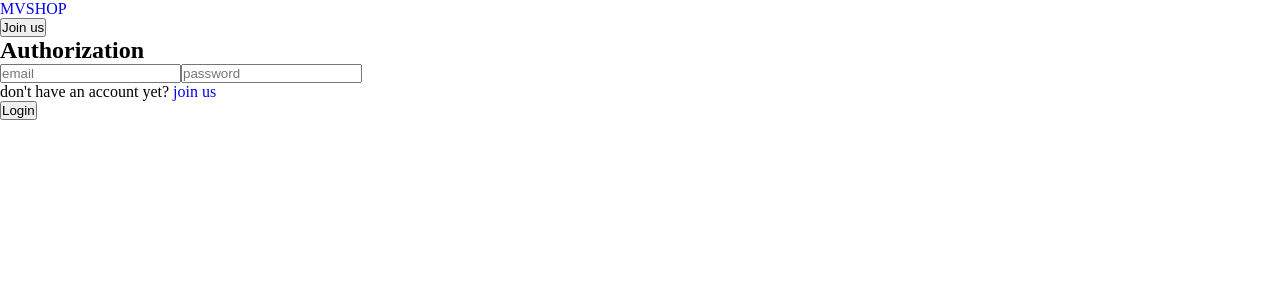
Repository: Mirsmog/VIP-SHOP
Page: /login (app in client/)
These files come from the project's save history. The page is drawn as it stood at one moment and after the next save; the edit follows.
The browser window is 1280 px wide. The pictures show the whole page.
The project was rebuilt for these pictures with package versions that can differ from the ones it lists, and the page was loaded fresh each time. Also part of the build but not shown: client/vite.config.js, client/src/pages/Admin.tsx, client/src/pages/DevicePage.tsx, client/src/pages/Shop.jsx, client/src/pages/Basket.jsx.

Above is the page before, as saved 2023-11-02 19:38:55.

### client/src/main.jsx
import React from 'react';
import ReactDOM from 'react-dom/client';
import App from './App.jsx';
import userStore from './store/userStore.js';
import deviceStore from './store/deviceStore.js';
export const Context = React.createContext(null);

ReactDOM.createRoot(document.getElementById('root')).render(
  <React.StrictMode>
    <Context.Provider
      value={{
        user: new userStore(),
        device: new deviceStore(),
      }}
    >
      <App />
    </Context.Provider>
  </React.StrictMode>
);

### client/src/App.jsx
import { BrowserRouter } from 'react-router-dom';
import './App.css';
import AppRouter from './components/AppRouter';
import NavBar from './components/NavBar';

function App() {
  const isAuth = false;
  return (
    <BrowserRouter>
      <NavBar />
      <AppRouter />
    </BrowserRouter>
  );
}

export default App;

### client/src/store/userStore.js
import { makeAutoObservable } from 'mobx';
export default class userStore {
  constructor() {
    this._isAuth = false;
    this._user = {};
    makeAutoObservable(this);
  }
  setIsAuth(bool) {
    this._isAuth = bool;
  }
  setUser(user) {
    this._user = user;
  }
  get isAuth() {
    return this._isAuth;
  }
  get user() {
    return this._user;
  }
}

### client/src/store/deviceStore.js
import { makeAutoObservable } from 'mobx';
export default class deviceStore {
  constructor() {
    this._types = [
      { id: 1, name: 'phones' },
      { id: 2, name: 'laptops' },
    ];
    this._brands = [
      { id: 1, name: 'xiaomi' },
      { id: 2, name: 'lenovo' },
    ];
    this._devices = [
      {
        id: 1,
        name: 'iphone 12 max pro',
        price: 98000,
        rating: 5,
        img: 'https://www.tradeinn.com/f/13782/137821846/apple-iphone-12-pro-max-6gb-128gb-67-%D0%B4%D1%8E%D0%B9%D0%BC%D0%B0.jpg',
      },
      {
        id: 2,
        name: 'iphone 12 max pro',
        price: 98000,
        rating: 5,
        img: 'https://www.tradeinn.com/f/13782/137821846/apple-iphone-12-pro-max-6gb-128gb-67-%D0%B4%D1%8E%D0%B9%D0%BC%D0%B0.jpg',
      },
      {
        id: 3,
        name: 'iphone 12 max pro',
        price: 98000,
        rating: 5,
        img: 'https://www.tradeinn.com/f/13782/137821846/apple-iphone-12-pro-max-6gb-128gb-67-%D0%B4%D1%8E%D0%B9%D0%BC%D0%B0.jpg',
      },
      {
        id: 4,
        name: 'iphone 12 max pro',
        price: 98000,
        rating: 5,
        img: 'https://www.tradeinn.com/f/13782/137821846/apple-iphone-12-pro-max-6gb-128gb-67-%D0%B4%D1%8E%D0%B9%D0%BC%D0%B0.jpg',
      },
    ];
    makeAutoObservable(this);
  }
  setTypes(types) {
    this._types = types;
  }
  setBrands(brands) {
    this._brands = brands;
  }
  setDevices(devices) {
    this._devices = devices;
  }

  get types() {
    return this._types;
  }
  get brands() {
    return this._brands;
  }
  get devices() {
    return this._devices;
  }
}

### client/src/App.css
* {
  margin: 0;
  padding: 0;
}



a{
  text-decoration: none;
}

### client/src/components/AppRouter.jsx
import React from 'react';
import { Route, Routes, redirect } from 'react-router-dom';
import { authRoutes, publicRoutes } from '../routes';
import { Context } from '../main';

function AppRouter() {
  const { user } = React.useContext(Context);
  return (
    <Routes>
      {user.isAuth &&
        authRoutes.map(({ path, Component }) => (
          <Route key={path} path={path} element={Component}></Route>
        ))}
      {publicRoutes.map(({ path, Component }) => (
        <Route key={path} path={path} element={<Component />}></Route>
      ))}
    </Routes>
  );
}

export default AppRouter;

### client/src/components/NavBar.jsx
import React from 'react';
import Container from 'react-bootstrap/Container';
import Nav from 'react-bootstrap/Nav';
import Navbar from 'react-bootstrap/Navbar';
import Button from 'react-bootstrap/Button';
import { NavLink } from 'react-router-dom';
import { SHOP_ROUTE } from '../utils/consts';
import { observer } from 'mobx-react-lite'; // Or "mobx-react".
import { Context } from '../main';

const NavBar = observer(() => {
  const { user } = React.useContext(Context);
  return (
    <Navbar bg='dark' data-bs-theme='dark' variant='dark'>
      <Container>
        <NavLink
          className='text-success text-2xl h3 font-weight-bold '
          to={SHOP_ROUTE}
        >
          MVSHOP
        </NavLink>
        {user.isAuth ? (
          <Nav className=' ml-auto gap-2'>
            <Button variant={'outline-light'}>Moderate</Button>
            <Button variant={'outline-light'}>Log in</Button>
          </Nav>
        ) : (
          <Nav className=' ml-auto'>
            <Button variant={'outline-light'}>Join us</Button>
          </Nav>
        )}
      </Container>
    </Navbar>
  );
});

export default NavBar;

### client/src/routes.js
import Admin from './pages/Admin';
import Auth from './pages/Auth';
import DevicePage from './pages/DevicePage';
import Shop from './pages/Shop';
import Basket from './pages/Basket';
import {
  ADMIN_ROUTE,
  BASKET_ROUTE,
  DEVICE_ROUTE,
  LOGIN_ROUTE,
  REGISTRATION_ROUTE,
  SHOP_ROUTE,
} from './utils/consts';

export const authRoutes = [
  {
    path: ADMIN_ROUTE,
    Component: Admin,
  },
  {
    path: BASKET_ROUTE,
    Component: Basket,
  },
];

export const publicRoutes = [
  {
    path: SHOP_ROUTE,
    Component: Shop,
  },
  {
    path: LOGIN_ROUTE,
    Component: Auth,
  },
  {
    path: REGISTRATION_ROUTE,
    Component: Auth,
  },
  {
    path: DEVICE_ROUTE + '/:id',
    Component: DevicePage,
  },
];

### client/src/utils/consts.js
export const ADMIN_ROUTE = '/admin';
export const LOGIN_ROUTE = '/login';
export const REGISTRATION_ROUTE = '/registration';
export const SHOP_ROUTE = '/';
export const BASKET_ROUTE = '/basket';
export const DEVICE_ROUTE = '/device';

### client/src/pages/Auth.jsx
import React from 'react';
import Container from 'react-bootstrap/esm/Container';
import Form from 'react-bootstrap/esm/Form';
import Card from 'react-bootstrap/esm/Card';
import Row from 'react-bootstrap/esm/Row';
import Button from 'react-bootstrap/esm/Button';
import { NavLink } from 'react-router-dom';
import { REGISTRATION_ROUTE } from '../utils/consts';

function Auth() {
  return (
    <Container
      className='d-flex justify-content-center align-items-center'
      style={{ height: window.innerHeight - 57 }}
    >
      <Card style={{ width: 600 }} className='p-5'>
        <h2 className='m-auto'>Authorization</h2>
        <Form className='d-flex flex-column'>
          <Form.Control className='mt-3' placeholder='email' />
          <Form.Control className='mt-3' placeholder='password' />
          <Row className='d-flex justify-content-between mt-3'>
            <div>
              don't have an account yet?{' '}
              <NavLink to={REGISTRATION_ROUTE}>join us</NavLink>
            </div>
            <Button variant={'outline-success'}>
              Login
            </Button>
          </Row>
        </Form>
      </Card>
    </Container>
  );
}

export default Auth;

After the next save:
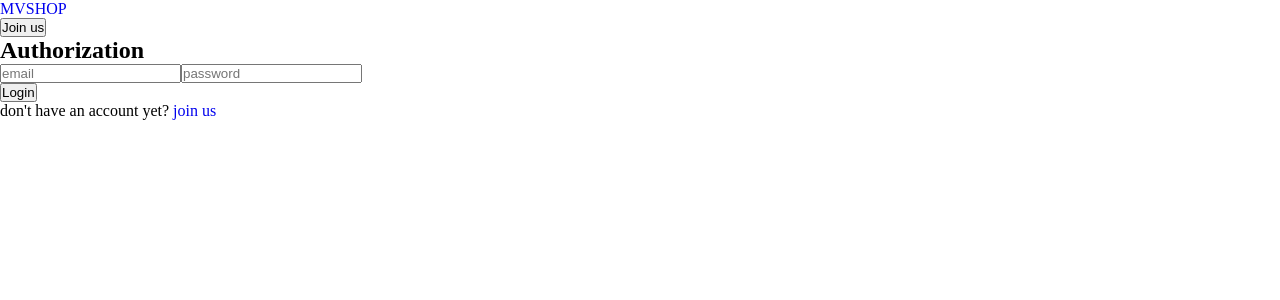
Saved 37 s later.
--- a/client/src/pages/Auth.jsx
+++ b/client/src/pages/Auth.jsx
@@ -19,13 +19,13 @@
           <Form.Control className='mt-3' placeholder='email' />
           <Form.Control className='mt-3' placeholder='password' />
           <Row className='d-flex justify-content-between mt-3'>
+            <Button variant={'outline-success'}>
+              Login
+            </Button>
             <div>
               don't have an account yet?{' '}
               <NavLink to={REGISTRATION_ROUTE}>join us</NavLink>
             </div>
-            <Button variant={'outline-success'}>
-              Login
-            </Button>
           </Row>
         </Form>
       </Card>

After the 2 saves that followed:
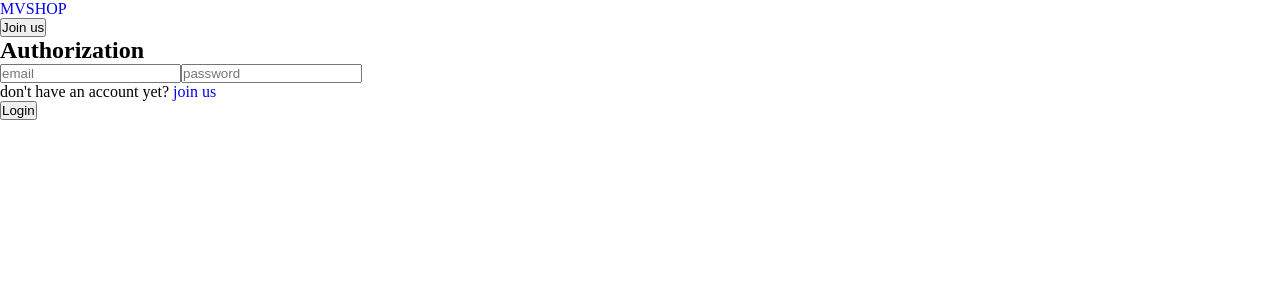
The 2 saves are shown as one change because 1 left the picture as it was.
The last was saved 2 min 5 s later.
--- a/client/src/pages/Auth.jsx
+++ b/client/src/pages/Auth.jsx
@@ -18,15 +18,15 @@
         <Form className='d-flex flex-column'>
           <Form.Control className='mt-3' placeholder='email' />
           <Form.Control className='mt-3' placeholder='password' />
-          <Row className='d-flex justify-content-between mt-3'>
-            <Button variant={'outline-success'}>
-              Login
-            </Button>
+          <div className='d-flex justify-content-between mt-3'>
             <div>
               don't have an account yet?{' '}
               <NavLink to={REGISTRATION_ROUTE}>join us</NavLink>
             </div>
-          </Row>
+            <Button variant={'outline-success'}>
+              Login
+            </Button>
+          </div>
         </Form>
       </Card>
     </Container>
